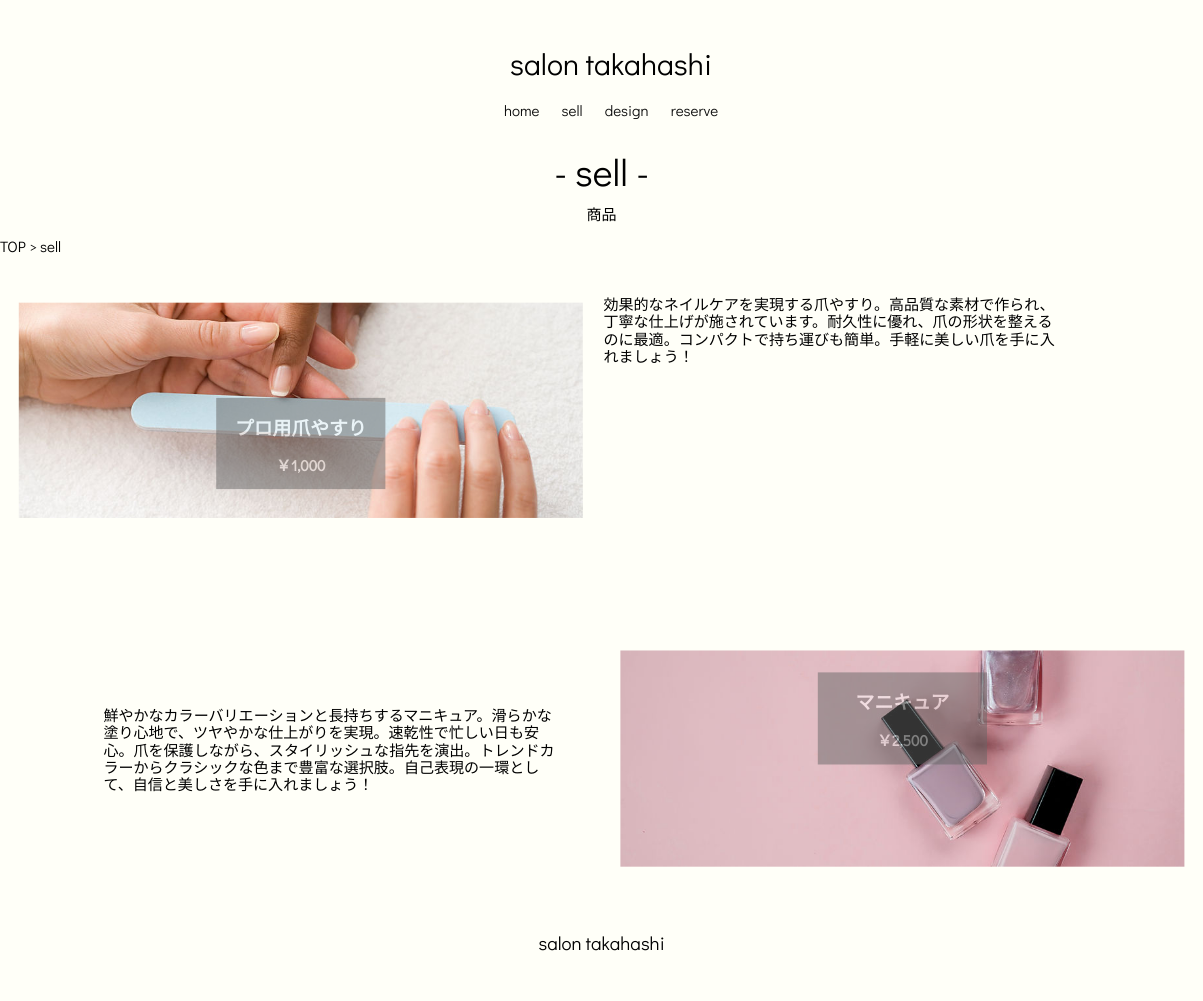
Repository: yukitakahashi1002/salontakahashi-
Page: staff.html
The author's editor kept a copy of each file at every save. The page is drawn from the files as they stood at one save, then again after the next save.
The browser window is 1280 px wide. The pictures show the whole page, at 94% of full size.

Above is the page before, as saved 2023-08-02 02:40:31.

After the next save:
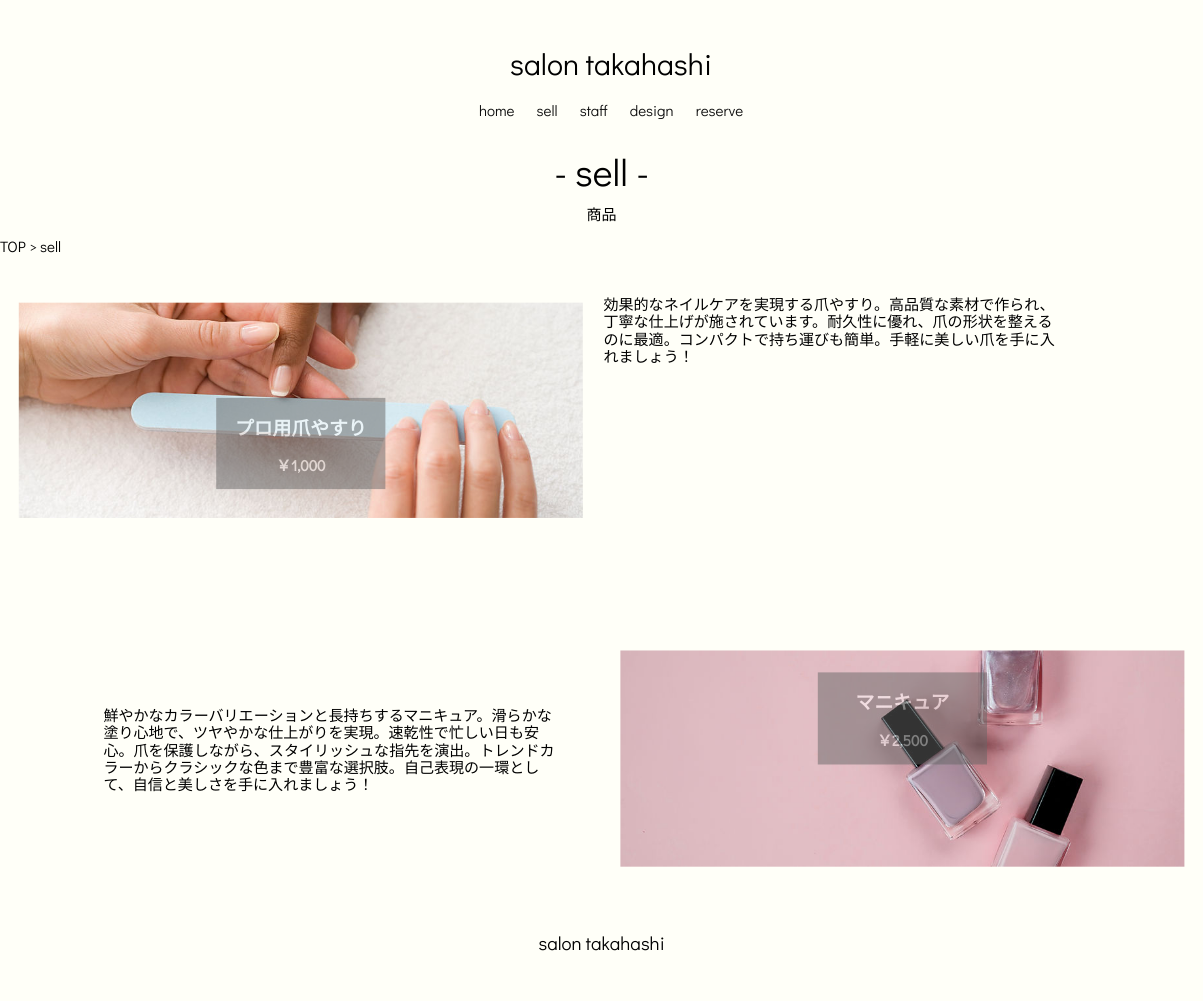
Saved 22 h 33 min later.
--- a/staff.html
+++ b/staff.html
@@ -19,6 +19,7 @@
         <nav id="nav-pc">
             <a href="/">home</a>
             <a href="sell.html">sell</a>
+            <a href="staff.html">staff</a>
             <a href="design.html">design</a>
             <a href="reserve.html">reserve</a>
         </nav>
